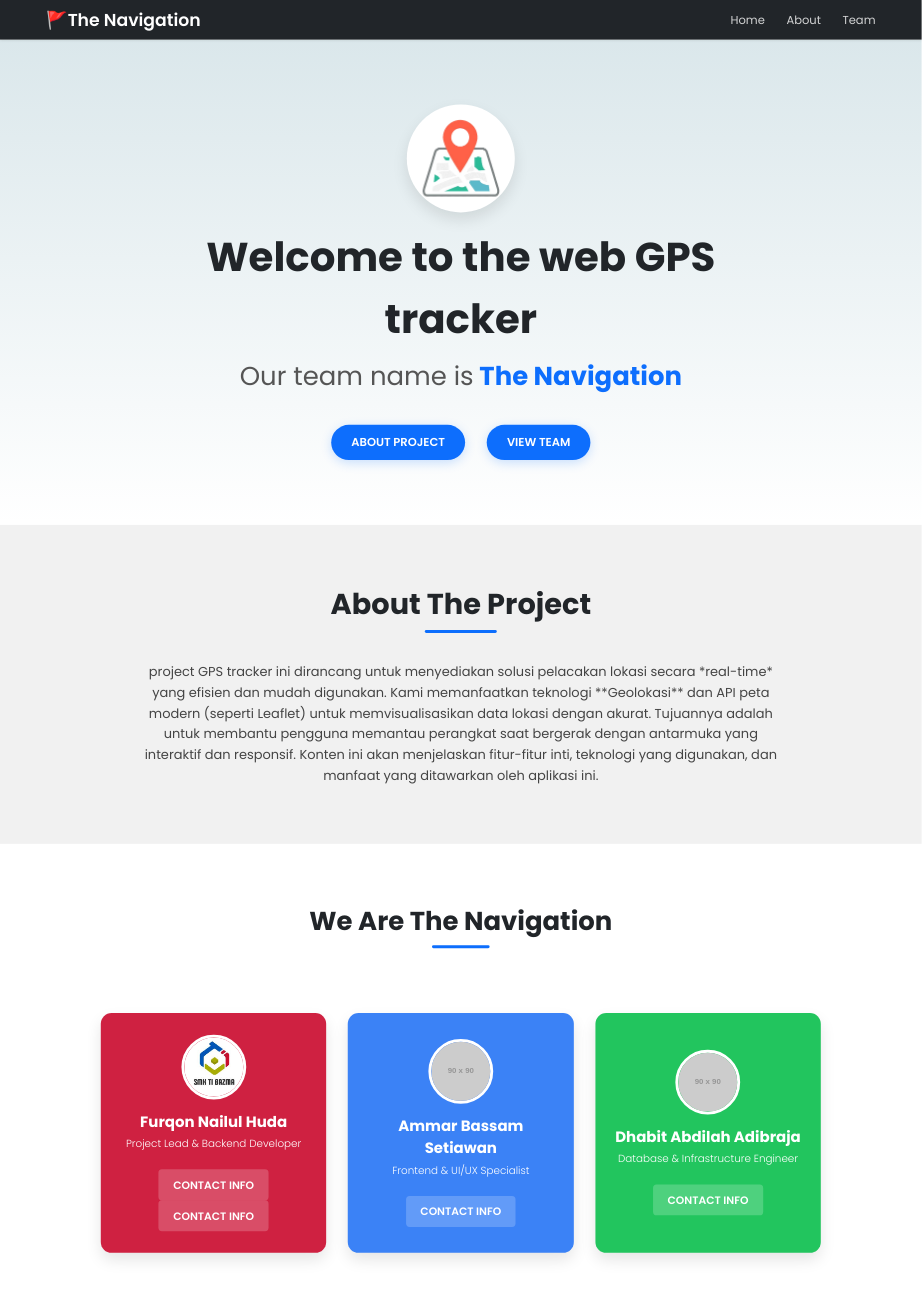
Repository: ammarsetiawan/gps-traker
Page: about.html
These files come from the project's save history. The page is drawn as it stood at one moment and after the next save; the edit follows.
The browser window is 1280 px wide. The pictures show the whole page, at 72% of full size.

Above is the page before, as saved 2025-11-27 16:39:22.

After the next save:
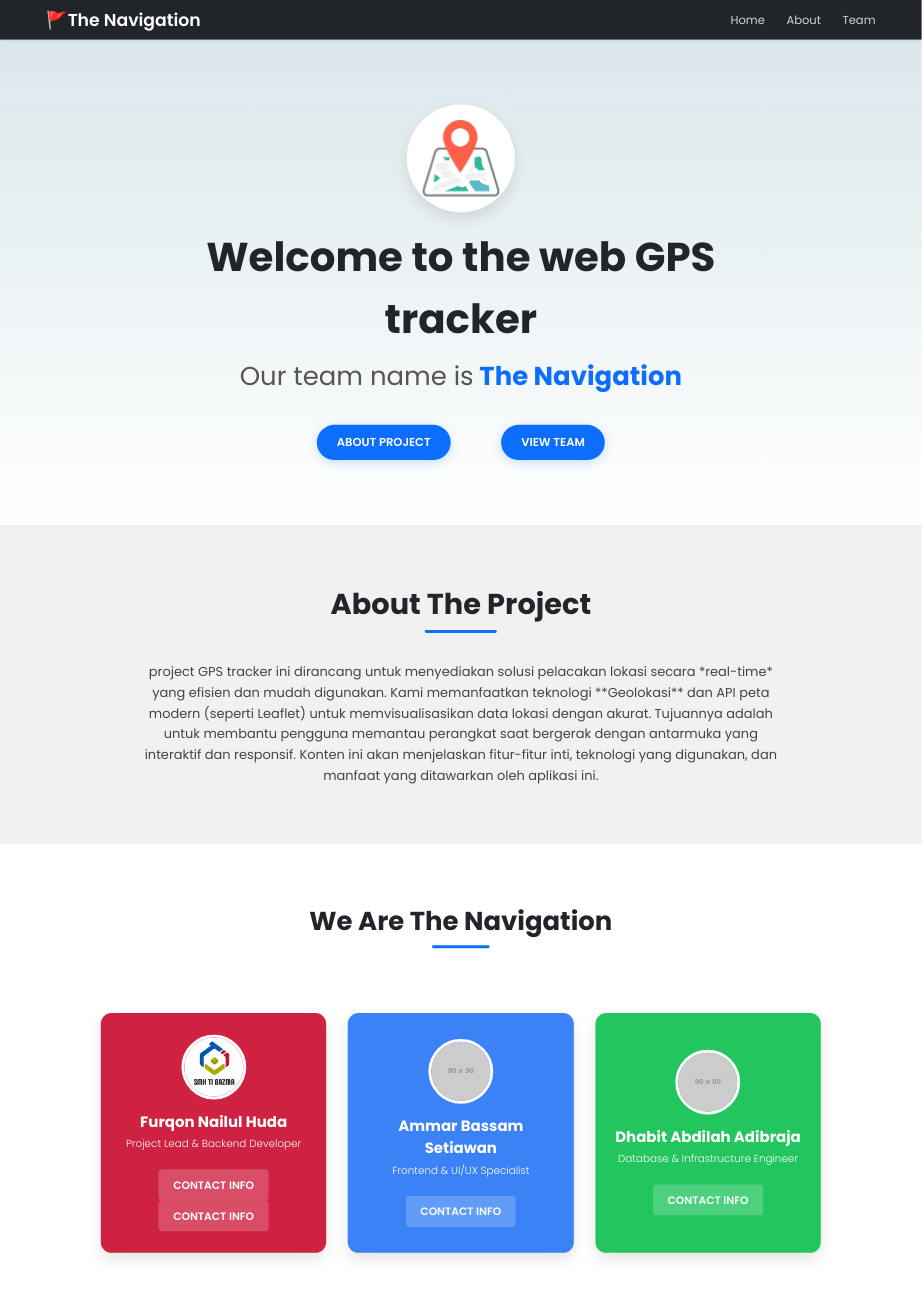
Saved 24 s later.
--- a/about.html
+++ b/about.html
@@ -165,7 +165,7 @@
         .button-group {
             display: flex;
             justify-content: center;
-            gap: 30px;
+            gap: 70px;
         }
 
         /* Tombol Utama */
